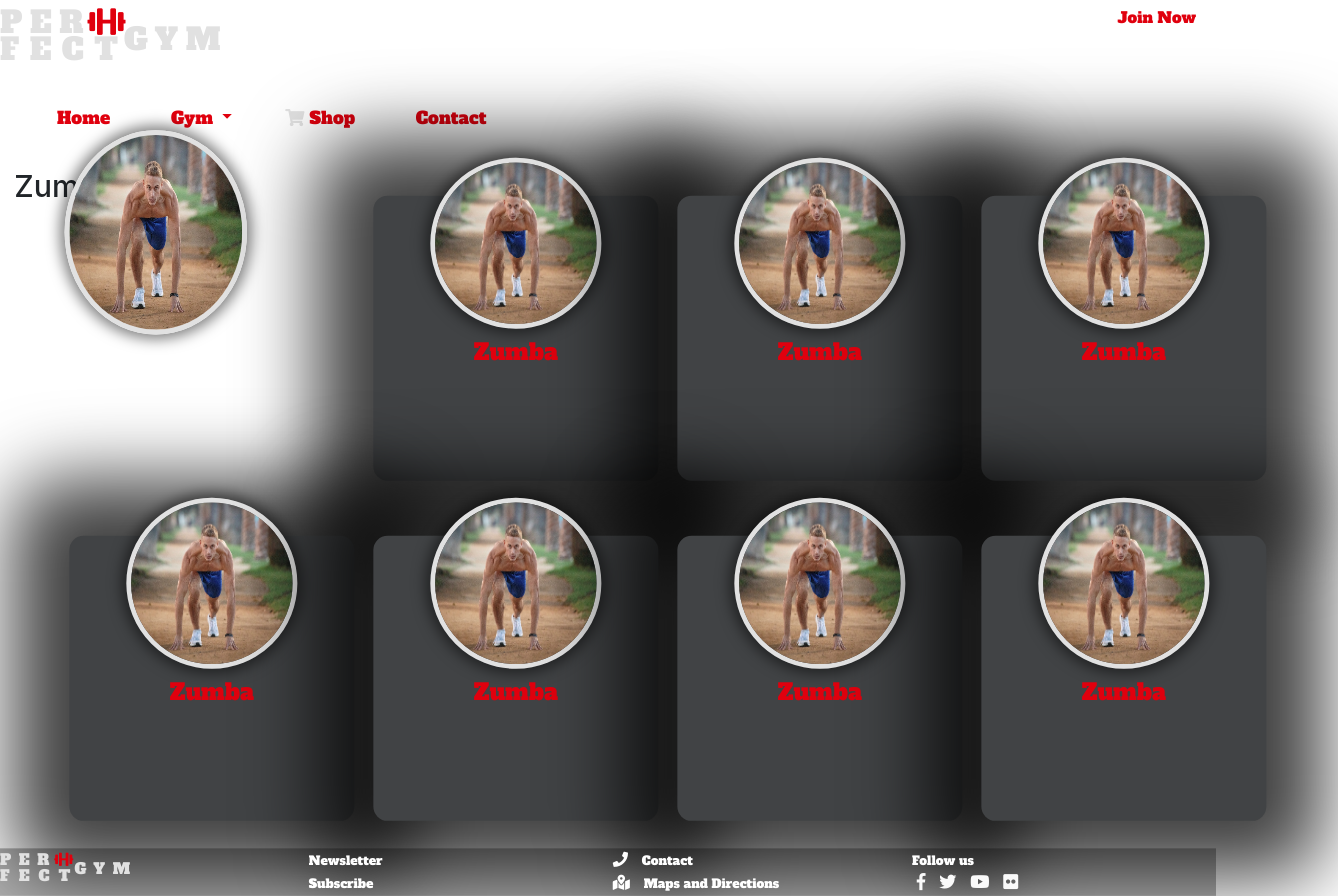
Repository: meghdadyazdi/UCFD-Milestone
Page: activities.html
The author's editor kept a record of every edit. The page is drawn from the files as they stood at one moment, then again after the next edit.
The browser window is 1280 px wide. The page is 1408 px wide, so the pictures cover 1408 px, including what lies to the right of the window. The pictures show the whole page, at 95% of full size.
Some web libraries are served in a nearby version.

Above is the page before.

After the next edit:
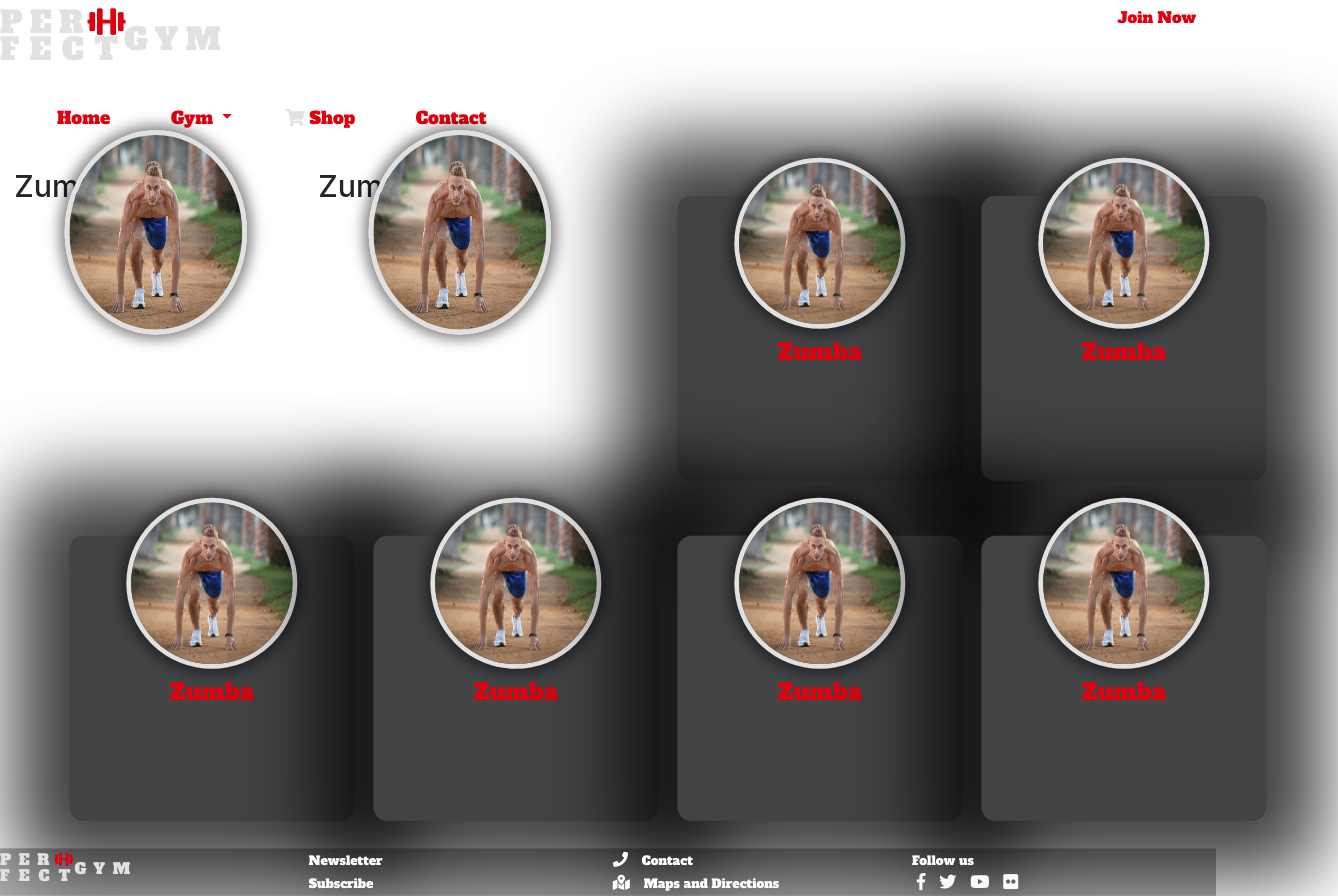
The edit:
--- a/activities.html
+++ b/activities.html
@@ -79,7 +79,7 @@
                 </div>
         </div>
         <div class="col-6 col-md-4 col-lg-3">
-            <div class="box">
+            <div class="box-activity">
                     <img src="images/trainer1.jpg" class="trainer"></img>
                     <h2>Zumba</h2>
                     <!--<p class="">-->
